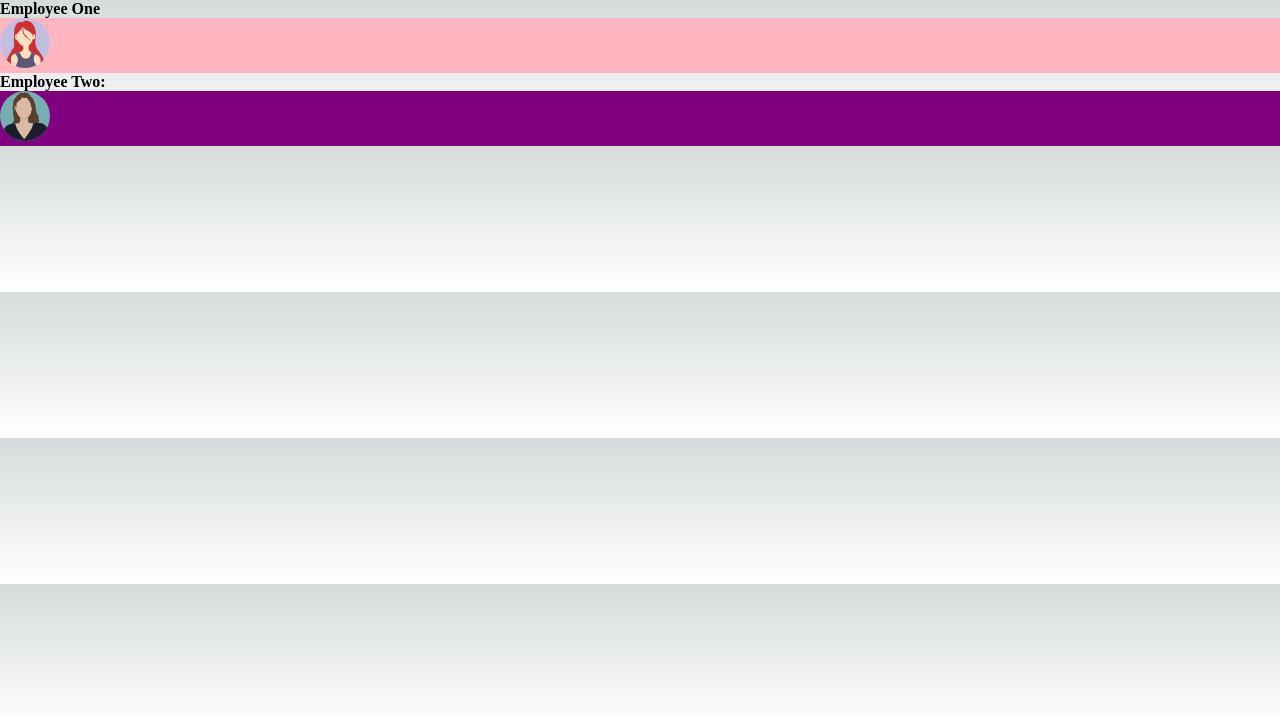
Repository: bguemos/week3example
Page: /About
These files come from the project's save history. The page is drawn as it stood at one moment and after the next save; the edit follows.
The browser window is 1280 px wide. The pictures show the whole page.
The project was rebuilt for these pictures with package versions that can differ from the ones it lists, and the page was loaded fresh each time. The framework's server and built-in components were replaced by stand-ins that run in the browser. Also part of the build but not shown: next.config.js.

Above is the page before, as saved 2023-01-18 13:47:18.

### pages/About.js
import Head from 'next/head'
import Image from 'next/image'
import { Inter } from '@next/font/google'
import styles from '@/styles/info.module.css'
import data from '../data/employees.json'
import { useState } from 'react'
import Card from '../components/Card/About'
import Link from 'next/link'


export default function About() {
    const [information, setInformation] = useState([...data])
     console.log(data);
  return (
 <>

<main className={styles.main}>


<div className={styles.grid}>
<b> Employee One </b>
{information && information.map((info, About) => {
if (info.employeePosition === "manager") {
return (
<Card key={About} employeeName={info.employeeName} colour="lightPink" font="20px" />
 )
 }
})}
<b> Employee Two:</b>
{information && information.map((info, About) => {
if (info.employeePosition === "ceo") {
     return (
    <Card key={About} employeeName={info.employeeName} colour="purple" font="20px" />
     )
     }
     })}
    </div>
    </main>

</>
  )
    }

### data/employees.json
[


{
    "employeeName": "Jenna",
    "employeePosition": "manager",
    "yearsWorked": 4
},
{
    "employeeName": "Natalie",
    "employeePosition": "general manager",
    "yearsWorked": 15

},
{
    "employeeName":"Sarah",
    "employeePosition": "ceo",
    "yearsWorked": 20
}


]

### components/Card/About.js
export default function Card({
    employeePosition= "none",
    colour= "orange",
    font = "0",
    image = "Woman3.svg"
}) {
    return(
        <div style={{backgroundColor: colour, fontSize:font}}>
         {
            colour === "lightPink?" ? <img src={'Woman5.svg'} width="50"/> :
            colour === "purple" ? <img src={'Woman2.svg'} width="50"/>:
                                <img src={image} width="50" />
         }

        </div>
    )
}

### styles/info.module.css
.card {
    padding: 1rem 1.2rem;
    border-radius: var(--border-radius);
    background: rgba(var(--card-rgb), 0);
    border: 1px solid rgba(var(--card-border-rgb), 0);
    transition: background 200ms, border 200ms;
  }

  .card span {
    display: inline-block;
    transition: transform 200ms;
  }

  .card h2 {
    font-weight: 600;
    margin-bottom: 0.7rem;
  }

  .card p {
    margin: 0;
    opacity: 0.6;
    font-size: 0.9rem;
    line-height: 1.5;
    max-width: 30ch;
  }

Loaded but not shown: pages/_app.js (common file); pages/_document.js (common file); styles/globals.css (common file)

After the next save:
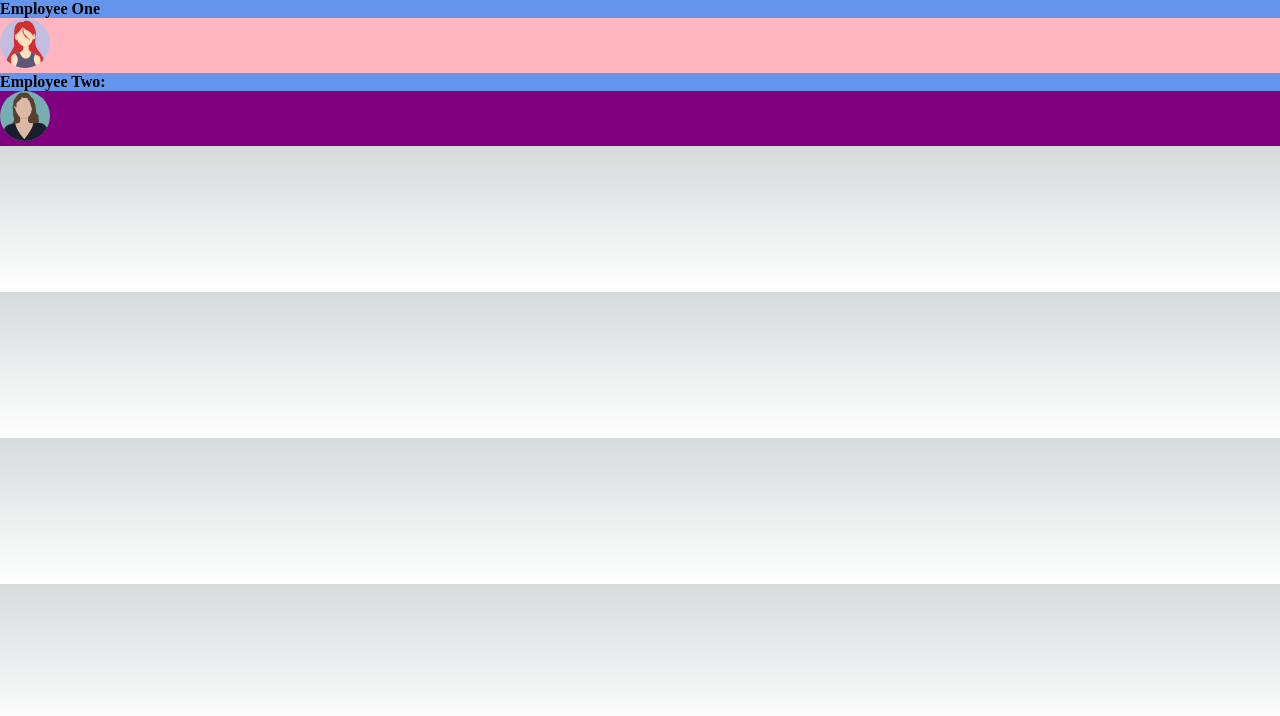
Saved 2 min 2 s later.
--- a/styles/info.module.css
+++ b/styles/info.module.css
@@ -1,25 +1,3 @@
-.card {
-    padding: 1rem 1.2rem;
-    border-radius: var(--border-radius);
-    background: rgba(var(--card-rgb), 0);
-    border: 1px solid rgba(var(--card-border-rgb), 0);
-    transition: background 200ms, border 200ms;
-  }
-
-  .card span {
-    display: inline-block;
-    transition: transform 200ms;
-  }
-
-  .card h2 {
-    font-weight: 600;
-    margin-bottom: 0.7rem;
-  }
-
-  .card p {
-    margin: 0;
-    opacity: 0.6;
-    font-size: 0.9rem;
-    line-height: 1.5;
-    max-width: 30ch;
-  }
+.main{
+    background-color: cornflowerblue;
+}
